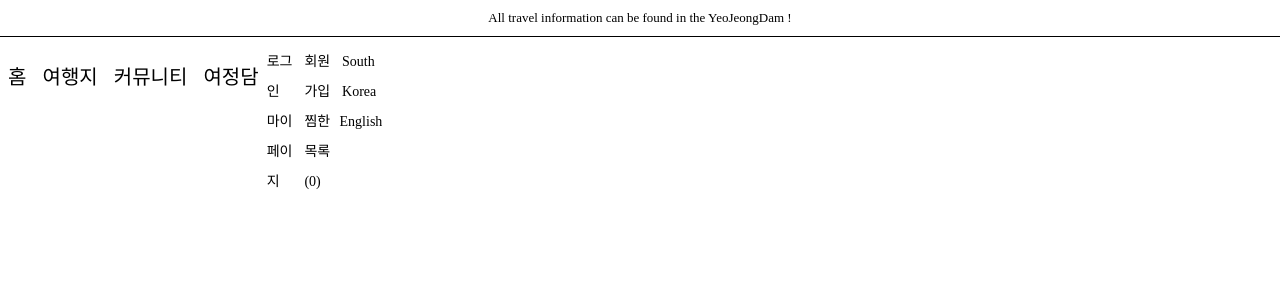
Repository: gaeunlee95/semi
Page: http://localhost/semi/main.jsp
The author's editor kept a copy of each file at every save. The page is drawn from the files as they stood at one save, then again after the next save.
The browser window is 1280 px wide. The pictures show the whole page.
The page is served by Tomcat 9.

Above is the page before, as saved 2023-12-06 17:02:32.

After the next save:
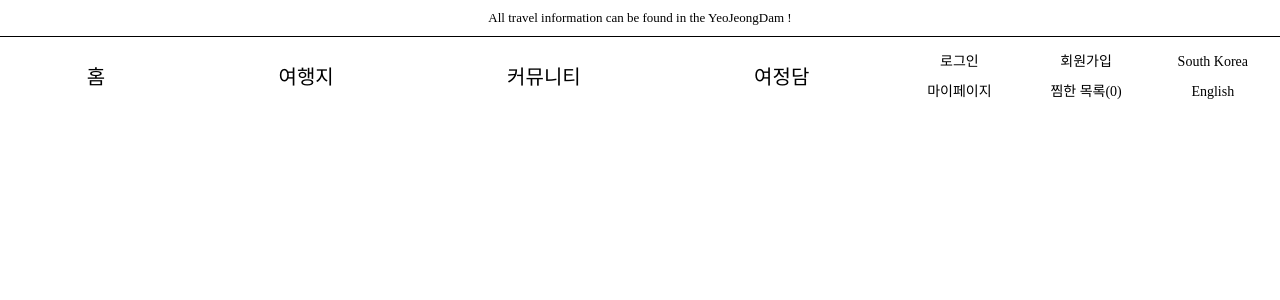
Saved 98 s later.
--- a/semi/src/main/webapp/resources/css/style.css
+++ b/semi/src/main/webapp/resources/css/style.css
@@ -18,6 +18,10 @@ header #welcome{
 header #welcome p{
 	padding: 10px 0;
 	font-size: 13px;
+}
+
+header #menu{
+	width: 100%;
 }
 header nav div{	/*각 mainMenu, sideMenu div에 float를 주어 가로정렬*/ /*nav에 float 주면 가로정렬 되지 않음*/
 	float: left;
